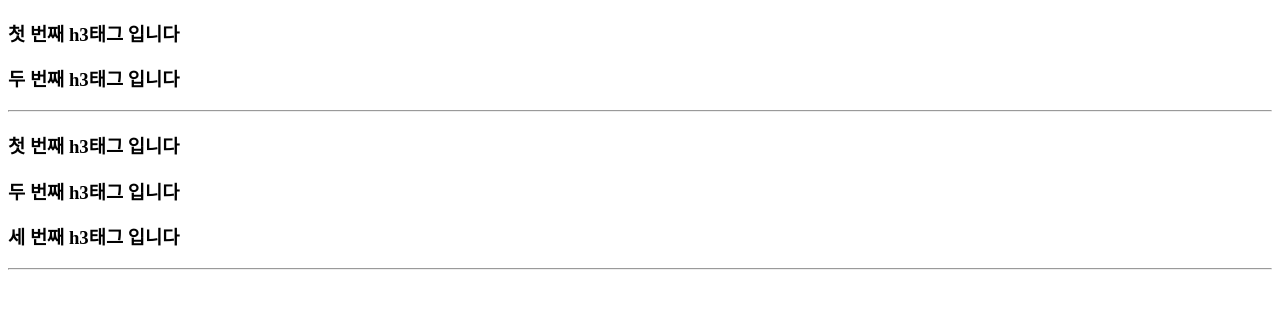
Repository: HyoJun00/Vue_JS
Page: Component/src/main/webapp/index.html
An editor plug-in stored every save of this project. The page is shown before and after the next save, followed by the edit.
The browser window is 1280 px wide. The pictures show the whole page.

Above is the page before, as saved 2025-07-15 05:43:27.

After the next save:
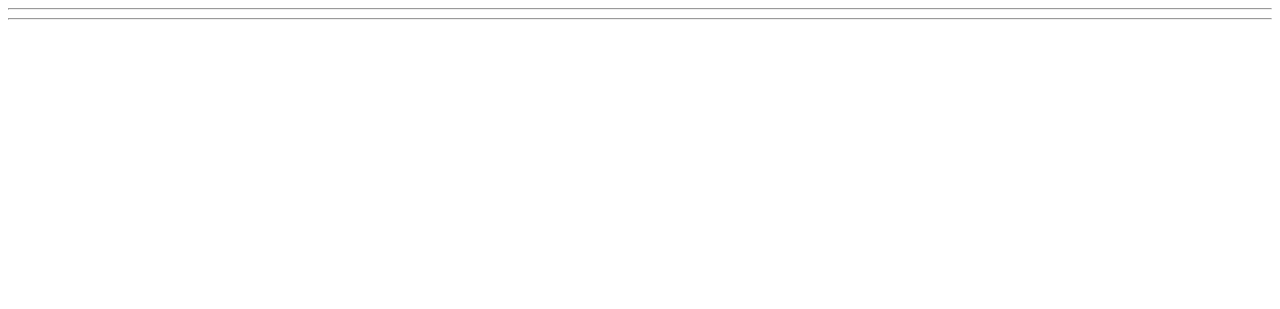
Console error: SyntaxError: Unexpected identifier 'components'
Saved 53 s later.
--- a/Component/src/main/webapp/index.html
+++ b/Component/src/main/webapp/index.html
@@ -27,6 +27,11 @@
 
 		var test3 = new Vue({
 			el : '#test3'
+			components : {
+				'component3' : {
+					template : '<h3>네 번째 h3태그 입니다</h3>'
+				}
+			}
 		})
 	}
 </script>

After the save that followed:
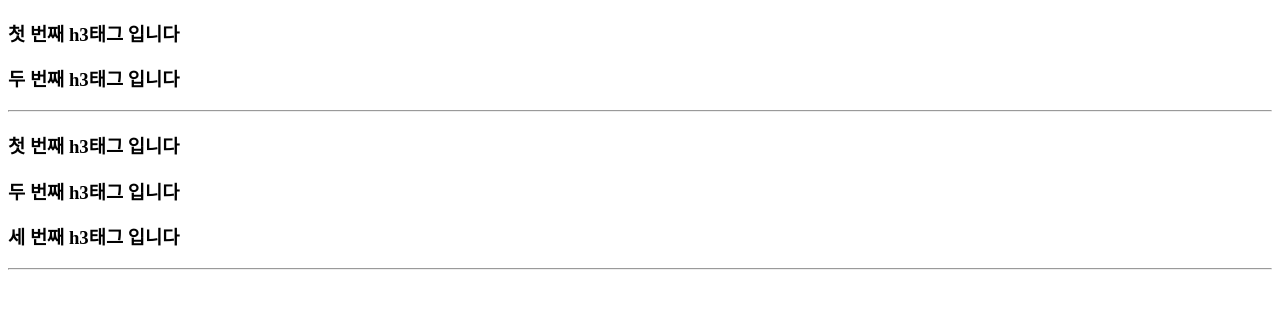
The error is gone.
Saved 23 s later.
--- a/Component/src/main/webapp/index.html
+++ b/Component/src/main/webapp/index.html
@@ -26,7 +26,7 @@
 		})
 
 		var test3 = new Vue({
-			el : '#test3'
+			el : '#test3',
 			components : {
 				'component3' : {
 					template : '<h3>네 번째 h3태그 입니다</h3>'
